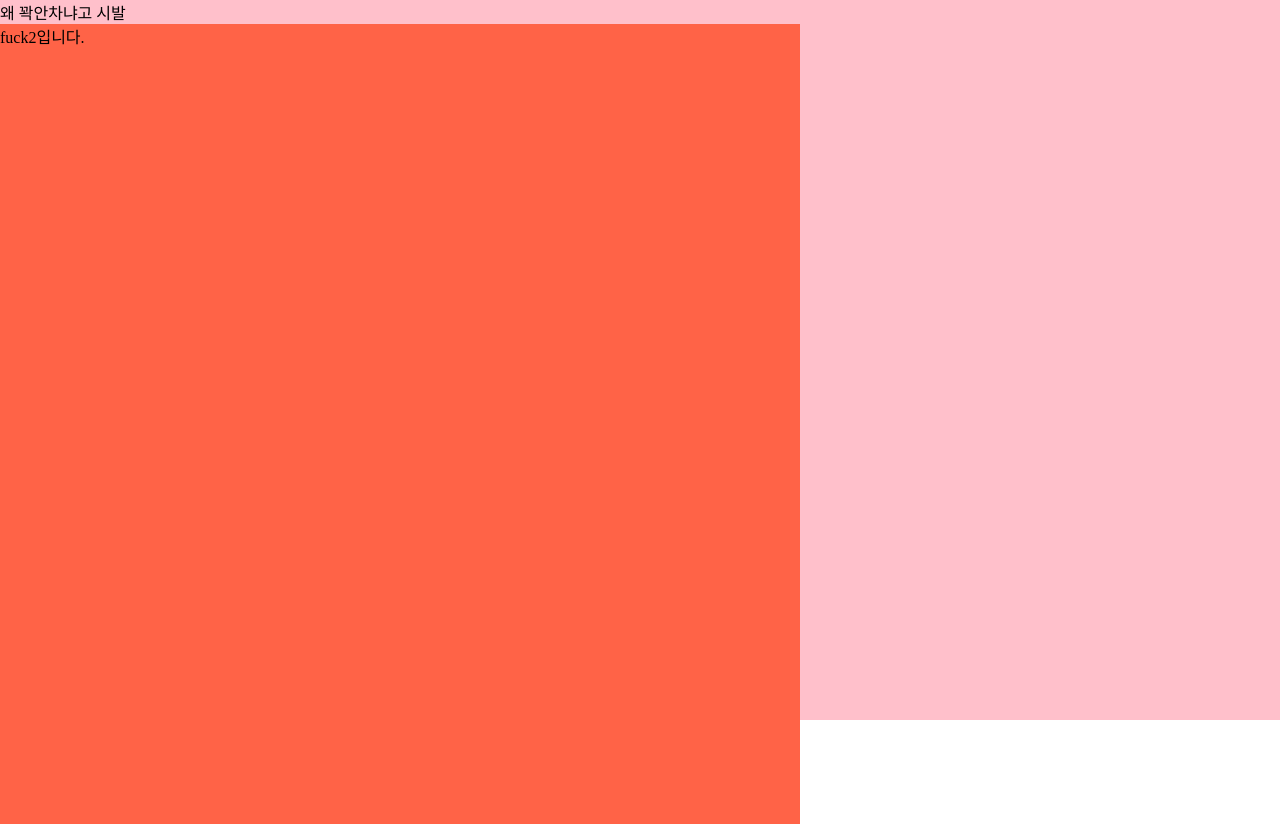
Repository: Devhyeongseon/Academy_Jsp
Page: http://localhost/MyBasic/user/DIV_Study.jsp
The author's editor kept a copy of each file at every save. The page is drawn from the files as they stood at one save, then again after the next save.
The browser window is 1280 px wide. The pictures show the whole page.
The page is served by Tomcat 9.

Above is the page before, as saved 2024-01-10 07:34:35.

After the next save:
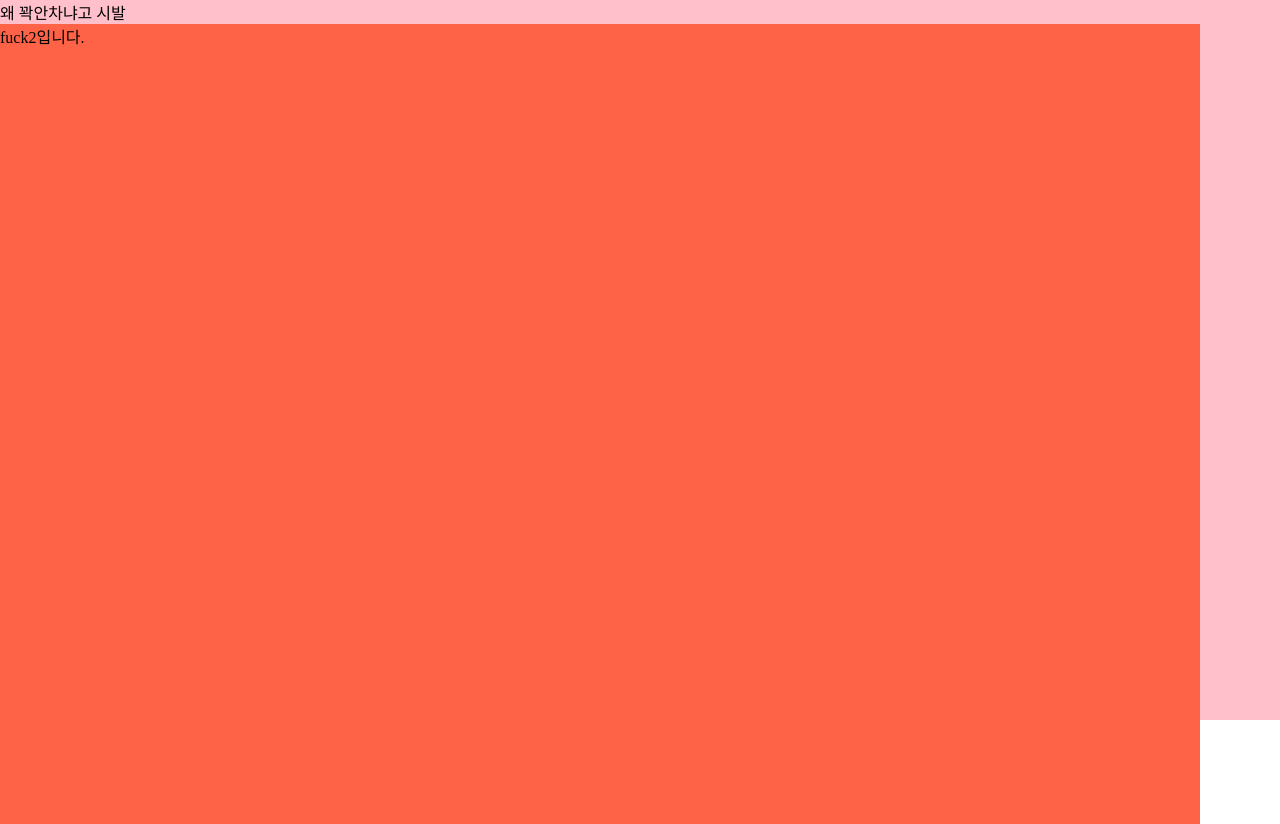
Saved 9 s later.
--- a/MyBasic/src/main/webapp/user/DIV_Study.jsp
+++ b/MyBasic/src/main/webapp/user/DIV_Study.jsp
@@ -19,7 +19,7 @@
 	background: pink;
 }
 .fuck2 {
-	width: 800px;
+	width: 1200px;
 	height: 800px;
 	background: tomato;
 }
